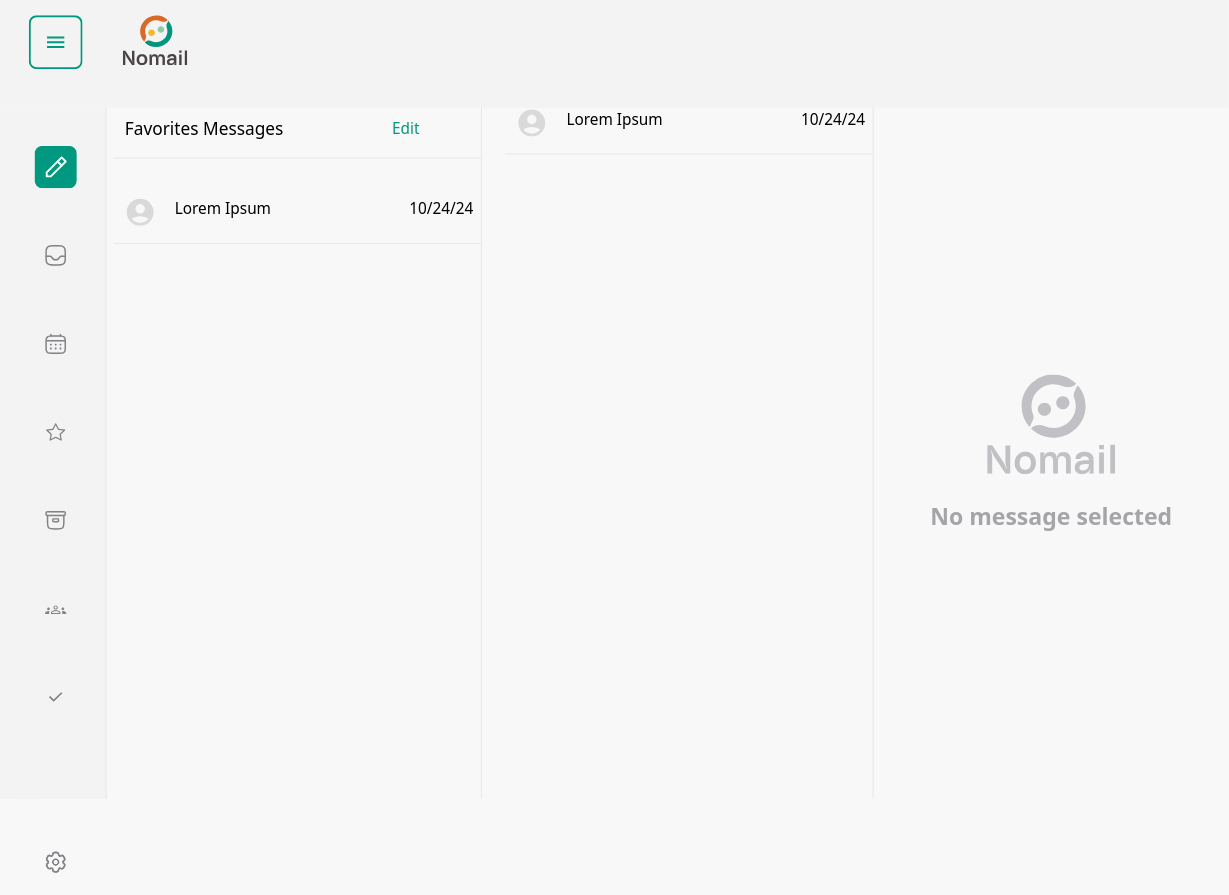
Repository: Tofigkh1/Nomail-Project
Page: /archive (app in client/)
These files come from the project's save history. The page is drawn as it stood at one moment and after a run of saves; the edit follows.
The browser window is 1280 px wide. The pictures show the whole page, at 96% of full size.
The project was rebuilt for these pictures with package versions that can differ from the ones it lists, and the page was loaded fresh each time. The framework's server and built-in components were replaced by stand-ins that run in the browser. Also part of the build but not shown: client/next.config.mjs, client/components/shared/svg/calendarActiveSvg.jsx, client/components/shared/svg/FavoritesActiveSvg.jsx.

Above is the page before, as saved 2024-10-30 05:00:26.

After the next 2 saves:
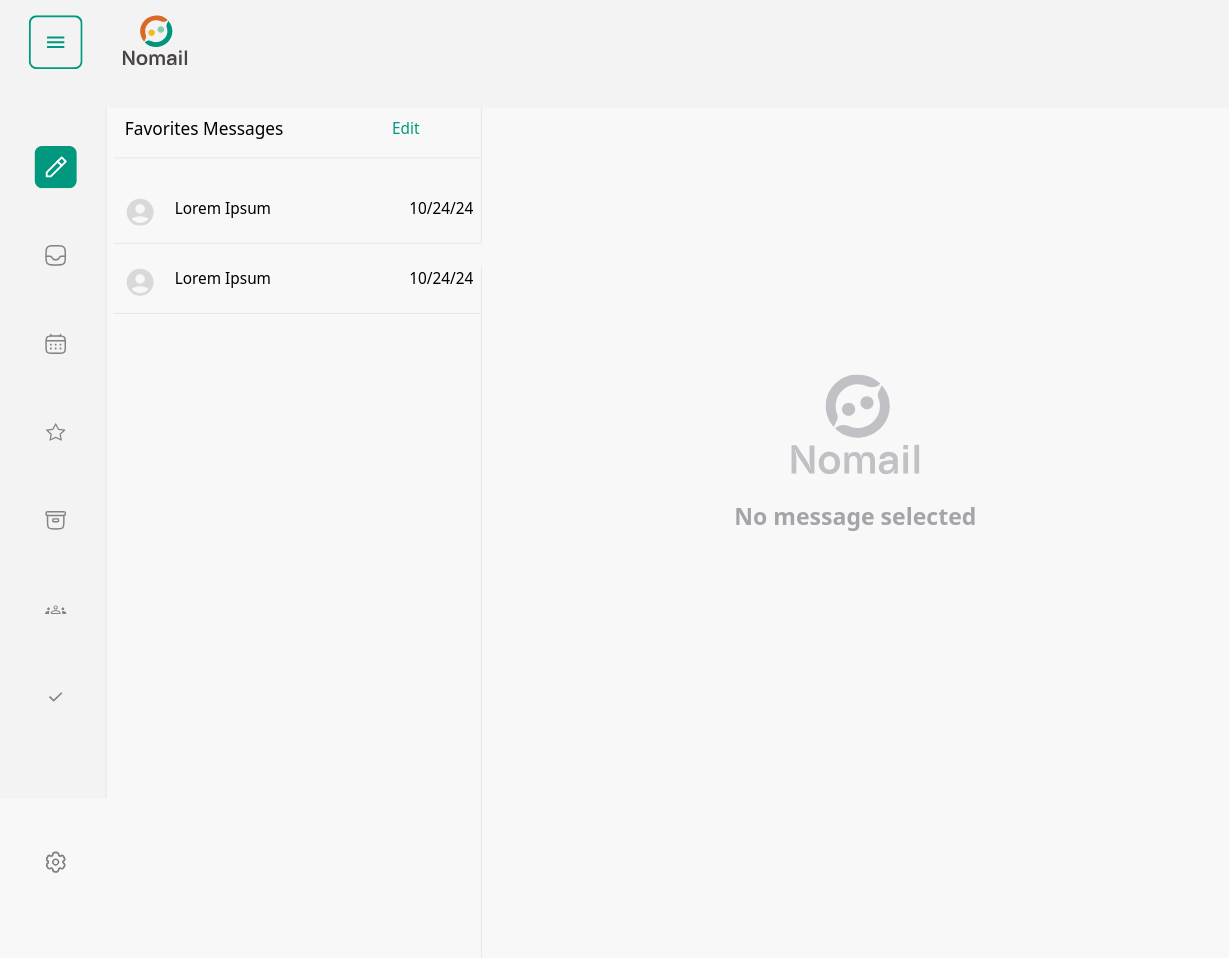
The 2 saves are shown as one change because they came seconds apart.
The last was saved 8 s later.
--- a/client/components/shared/client/archiveMessage/index.tsx
+++ b/client/components/shared/client/archiveMessage/index.tsx
@@ -7,7 +7,7 @@ export default function ArchiveMessage() {
     return (
         <>
 
-        <div className=" flex gap-6">
+        <div className=" flex flex-col gap-6">
             <div className='w-96  border-r border-whiteLight3 '>
 
 
